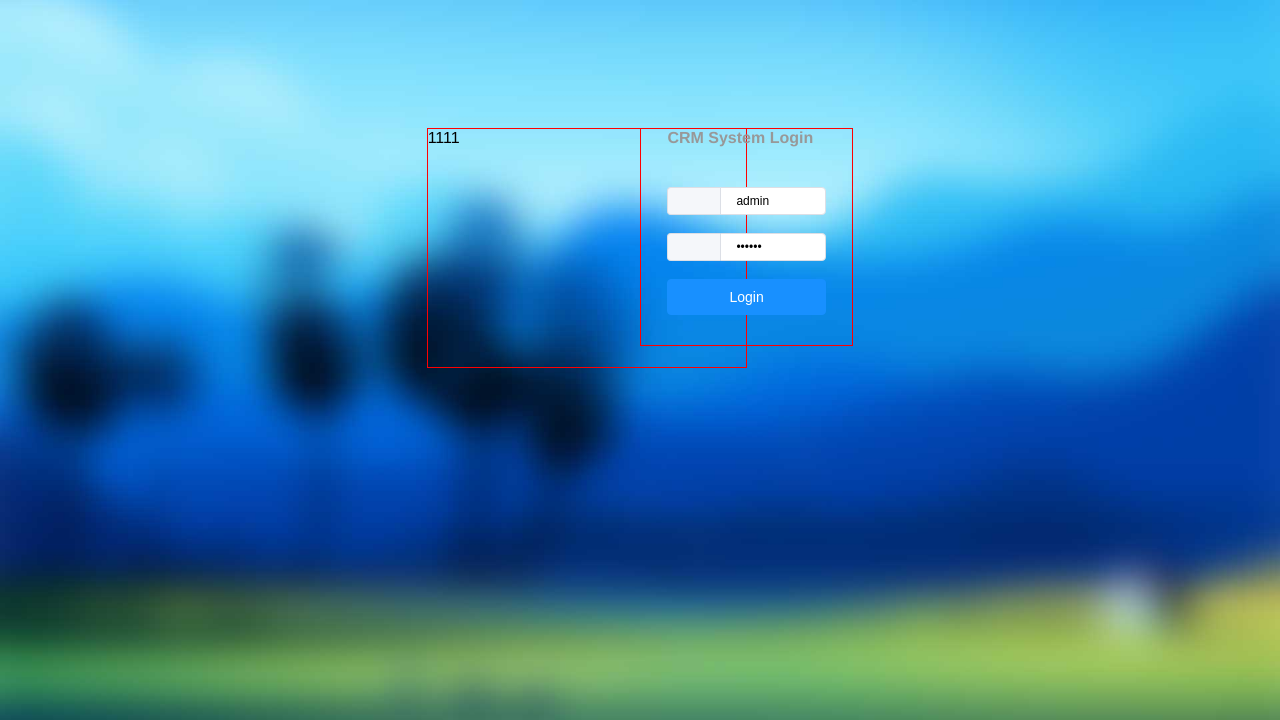
Repository: JasonMMM/ty-crm-sys
Page: /
These files come from the project's save history. The page is drawn as it stood at one moment and after a run of saves; the edit follows.
The browser window is 1280 px wide. The pictures show the whole page.
The project was rebuilt for these pictures with package versions that can differ from the ones it lists, and the page was loaded fresh each time. Also part of the build but not shown: vue.config.js, src/components/RightPanel/index.vue, src/layout/components/AppMain.vue, src/utils/i18n.js, src/components/Breadcrumb/index.vue, src/components/Hamburger/index.vue, src/components/ErrorLog/index.vue, src/components/Screenfull/index.vue and 18 more.

Above is the page before, as saved 2020-07-24 09:15:45.

After the next 2 saves:
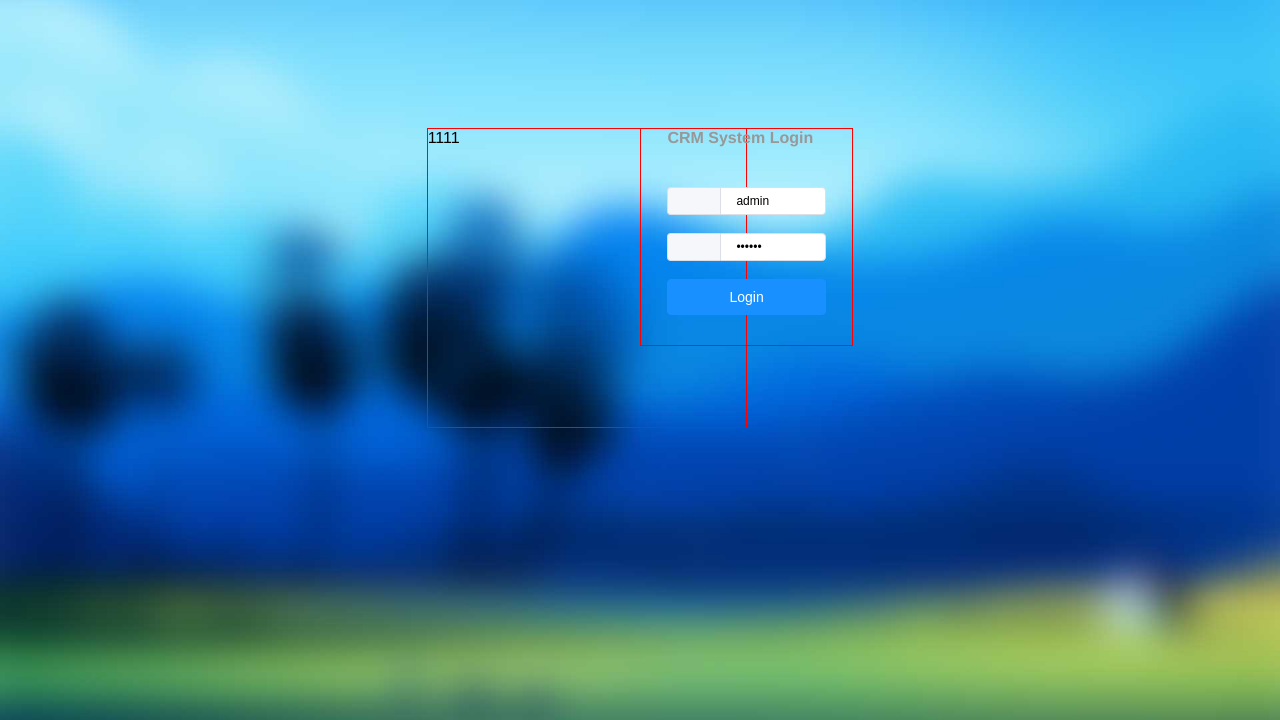
The 2 saves are shown as one change because they came seconds apart.
The last was saved 7 s later.
--- a/src/views/login/index.vue
+++ b/src/views/login/index.vue
@@ -237,7 +237,7 @@
   }
   .login-left-col {
     border: 1px solid red;
-    height: 240px;
+    height: 300px;
   }
   .login-right-col {
         border: 1px solid red;
